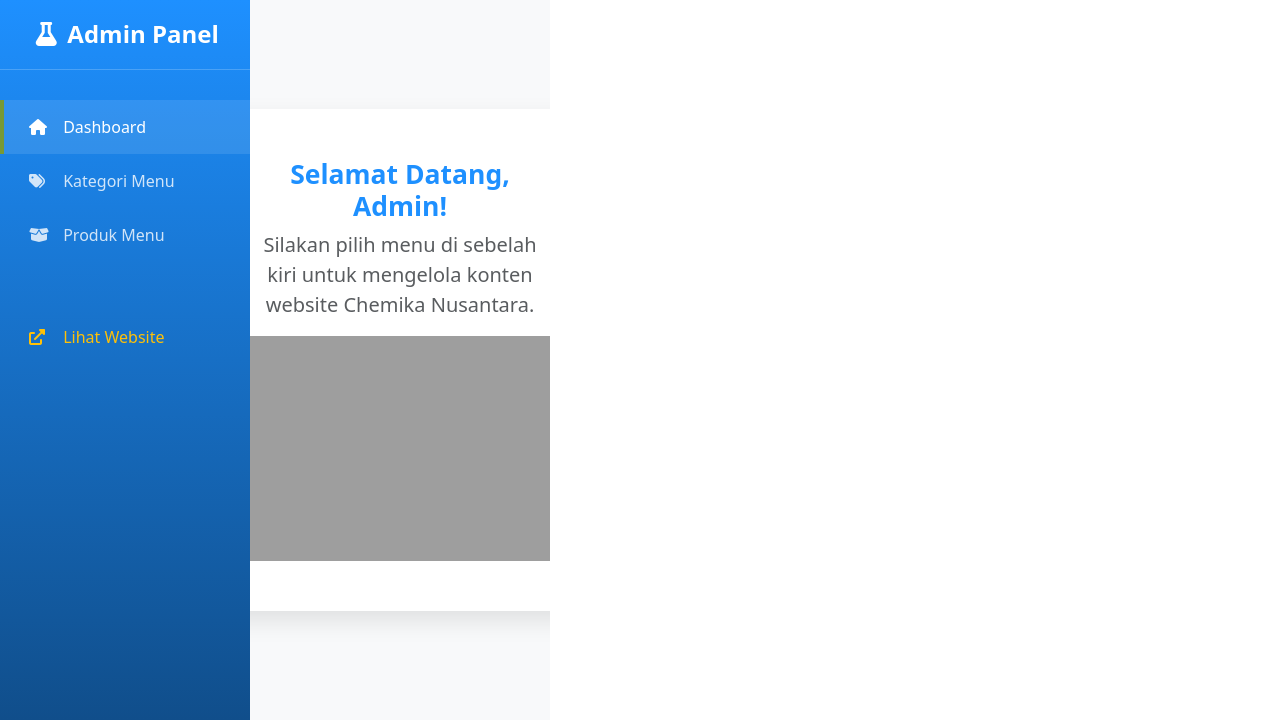
Repository: fzan-ghlii/mystore
Page: http://localhost/admin.php?page=home
The author's editor kept a copy of each file at every save. The page is drawn from the files as they stood at one save, then again after the next save.
The browser window is 1280 px wide. The pictures show the whole page.
The page is run by PHP 8.4 with error messages shown; the project is at /var/www/html/.

Above is the page before, as saved 2025-11-27 11:41:59.

### admin.php
<!DOCTYPE html>
<html lang="id">
<head>
    <meta charset="UTF-8">
    <meta name="viewport" content="width=device-width, initial-scale=1.0">
    <title>Admin Dashboard - Chemika Nusantara</title>
    <!-- Bootstrap 5 & FontAwesome -->
    <link href="https://cdn.jsdelivr.net/npm/bootstrap@5.3.0/dist/css/bootstrap.min.css" rel="stylesheet">
    <link rel="stylesheet" href="https://cdnjs.cloudflare.com/ajax/libs/font-awesome/6.0.0/css/all.min.css">

    <style>
        /* CSS Layout Admin */
        body {
            overflow: hidden; /* Hilangkan scroll di body utama */
        }
        .sidebar {
            height: 100vh;
            background: linear-gradient(to bottom, #1E90FF, #104e8b);
            color: white;
            padding-top: 20px;
            position: fixed;
            width: 250px;
            transition: all 0.3s;
        }
        .sidebar h4 {
            text-align: center;
            font-weight: 700;
            margin-bottom: 30px;
            border-bottom: 1px solid rgba(255,255,255,0.2);
            padding-bottom: 20px;
        }
        .sidebar a {
            color: rgba(255,255,255,0.8);
            text-decoration: none;
            display: block;
            padding: 15px 25px;
            font-size: 16px;
            border-left: 4px solid transparent;
            transition: 0.3s;
        }
        .sidebar a:hover, .sidebar a.active {
            background-color: rgba(255,255,255,0.1);
            color: white;
            border-left-color: #779936; /* Hijau Chemika */
        }
        .sidebar i {
            width: 30px;
        }

        /* Area Konten Utama */
        .main-content {
            margin-left: 250px; /* Sesuai lebar sidebar */
            height: 100vh;
            background-color: #f4f7f6;
        }

        /* Iframe agar terlihat menyatu */
        iframe {
            width: 100%;
            height: 100%;
            border: none;
            display: block;
        }
    </style>
</head>
<body>

    <div class="d-flex">
        <!-- Sidebar Kiri -->
        <div class="sidebar">
            <h4><i class="fas fa-flask"></i> Admin Panel</h4>

            <a href="?page=home" class="<?php echo (!isset($_GET['page']) || $_GET['page'] == 'home') ? 'active' : ''; ?>">
                <i class="fas fa-home"></i> Dashboard
            </a>

            <a href="?page=jenis" class="<?php echo (isset($_GET['page']) && $_GET['page'] == 'jenis') ? 'active' : ''; ?>">
                <i class="fas fa-tags"></i> Kategori Menu
            </a>

            <a href="?page=produk" class="<?php echo (isset($_GET['page']) && $_GET['page'] == 'produk') ? 'active' : ''; ?>">
                <i class="fas fa-box-open"></i> Produk Menu
            </a>

            <a href="index.php" target="_blank" class="mt-5 text-warning">
                <i class="fas fa-external-link-alt"></i> Lihat Website
            </a>
        </div>

        <!-- Konten Kanan (Menggunakan Iframe) -->
        <div class="main-content">
            <?php
            // Logika Sederhana untuk memilih halaman mana yang dimuat di iframe
            $page = isset($_GET['page']) ? $_GET['page'] : 'home';

            switch ($page) {
                case 'jenis':
                    $source = "jenismenu/index.php"; // Memuat file dari folder jenismenu
                    break;
                case 'produk':
                    $source = "namamenu/index.php"; // Memuat file dari folder namamenu
                    break;
                default:
                    $source = "dashboard_home.php"; // Halaman selamat datang
                    break;
            }
            ?>

            <!-- Iframe memuat halaman target -->
            <iframe src="<?php echo $source; ?>" name="contentFrame"></iframe>
        </div>
    </div>

</body>
</html>

### dashboard_home.php
<!DOCTYPE html>
<html lang="id">
<head>
    <meta charset="UTF-8">
    <meta name="viewport" content="width=device-width, initial-scale=1.0">
    <title>Welcome</title>
    <link href="https://cdn.jsdelivr.net/npm/bootstrap@5.3.0/dist/css/bootstrap.min.css" rel="stylesheet">
    <style>
        body {
            background-color: #f8f9fa;
            display: flex;
            justify-content: center;
            align-items: center;
            height: 100vh;
            margin: 0;
        }
        .welcome-box {
            text-align: center;
            padding: 50px;
            background: white;
            border-radius: 15px;
            box-shadow: 0 10px 25px rgba(0,0,0,0.1);
        }
        h1 { color: #1E90FF; font-weight: bold; }
    </style>
</head>
<body>
    <div class="welcome-box">
        <h1>Selamat Datang, Admin!</h1>
        <p class="lead text-muted">Silakan pilih menu di sebelah kiri untuk mengelola konten website Chemika Nusantara.</p>
        <img src="https://img.freepik.com/free-vector/setup-concept-illustration_114360-382.jpg" alt="Admin Illustration" width="300">
    </div>
</body>
</html>

After the next save:
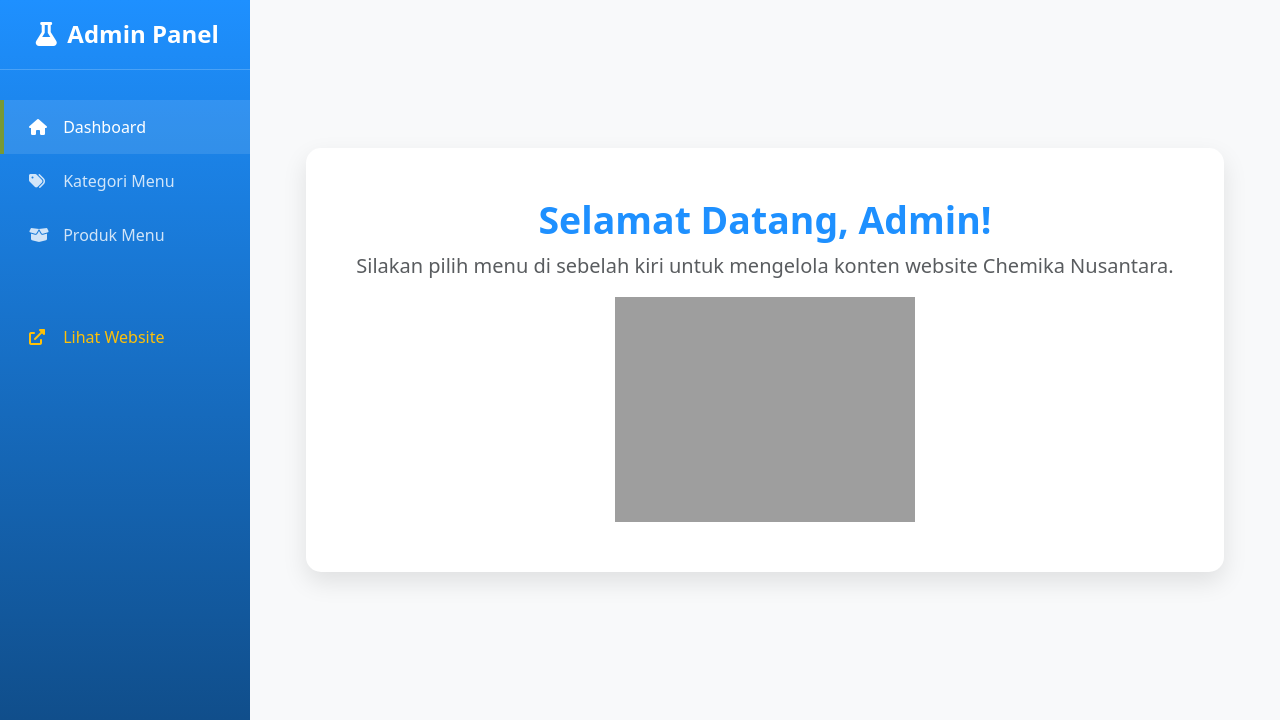
Saved 2 min 3 s later.
--- a/admin.php
+++ b/admin.php
@@ -9,19 +9,27 @@
     <link rel="stylesheet" href="https://cdnjs.cloudflare.com/ajax/libs/font-awesome/6.0.0/css/all.min.css">
 
     <style>
-        /* CSS Layout Admin */
         body {
-            overflow: hidden; /* Hilangkan scroll di body utama */
+            overflow: hidden; /* Hilangkan scroll di body utama agar iframe yang scroll */
+            margin: 0;
+            padding: 0;
+            background-color: #f4f7f6;
         }
+
+        /* SIDEBAR FIXED */
         .sidebar {
             height: 100vh;
             background: linear-gradient(to bottom, #1E90FF, #104e8b);
             color: white;
             padding-top: 20px;
-            position: fixed;
+            position: fixed; /* Mengambang di kiri */
+            top: 0;
+            left: 0;
             width: 250px;
+            z-index: 1000;
             transition: all 0.3s;
         }
+
         .sidebar h4 {
             text-align: center;
             font-weight: 700;
@@ -47,25 +55,28 @@
             width: 30px;
         }
 
-        /* Area Konten Utama */
+        /* MAIN CONTENT - BLOCK LAYOUT */
+        /* Karena sidebar fixed, kita cukup kasih margin-left */
         .main-content {
-            margin-left: 250px; /* Sesuai lebar sidebar */
-            height: 100vh;
-            background-color: #f4f7f6;
+            margin-left: 250px; /* Geser konten ke kanan sebesar lebar sidebar */
+            height: 100vh;      /* Tinggi full layar */
+            width: calc(100% - 250px); /* Lebar sisa layar */
+            display: block;     /* Pastikan display block, bukan flex */
         }
 
-        /* Iframe agar terlihat menyatu */
+        /* IFRAME FULL */
         iframe {
             width: 100%;
             height: 100%;
             border: none;
-            display: block;
+            display: block; /* Menghilangkan gap bawah default iframe */
         }
     </style>
 </head>
 <body>
 
-    <div class="d-flex">
+    <!-- HAPUS CLASS d-flex DI SINI -->
+    <div>
         <!-- Sidebar Kiri -->
         <div class="sidebar">
             <h4><i class="fas fa-flask"></i> Admin Panel</h4>
@@ -87,21 +98,20 @@
             </a>
         </div>
 
-        <!-- Konten Kanan (Menggunakan Iframe) -->
+        <!-- Konten Kanan -->
         <div class="main-content">
             <?php
-            // Logika Sederhana untuk memilih halaman mana yang dimuat di iframe
             $page = isset($_GET['page']) ? $_GET['page'] : 'home';
 
             switch ($page) {
                 case 'jenis':
-                    $source = "jenismenu/index.php"; // Memuat file dari folder jenismenu
+                    $source = "jenismenu/index.php";
                     break;
                 case 'produk':
-                    $source = "namamenu/index.php"; // Memuat file dari folder namamenu
+                    $source = "namamenu/index.php";
                     break;
                 default:
-                    $source = "dashboard_home.php"; // Halaman selamat datang
+                    $source = "dashboard_home.php";
                     break;
             }
             ?>
